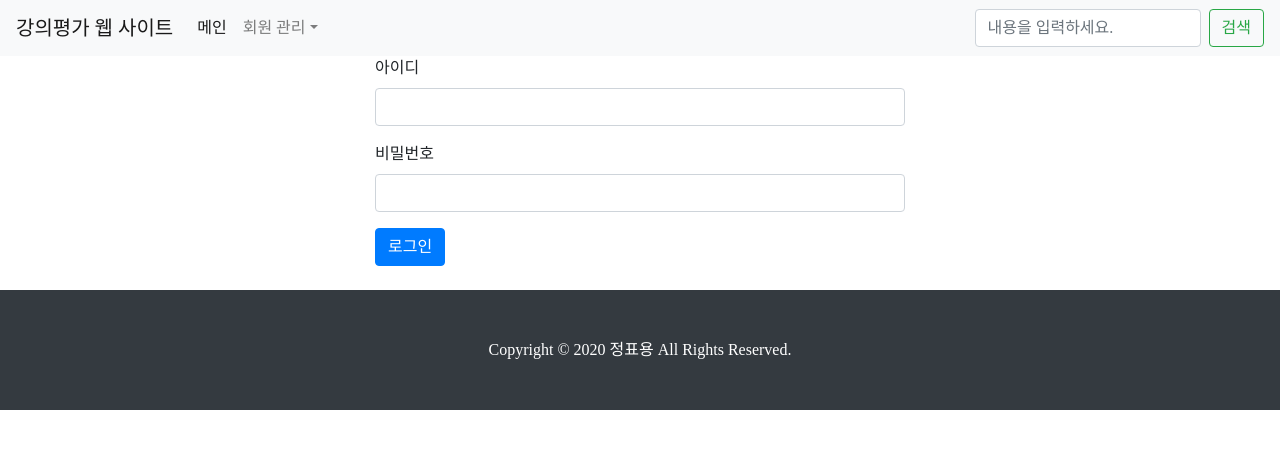
Repository: sur2/JSP-Lecture-Evaluation
Page: http://localhost/Lecture_Evaluation/userJoin.jsp
An editor plug-in stored every save of this project. The page is shown before and after the next save, followed by the edit.
The browser window is 1280 px wide. The pictures show the whole page.
Some web fonts or font styles are not loaded; a fallback is used. The page is served by Tomcat 9. Other server files are loaded and not shown.

Above is the page before, as saved 2020-01-08 05:58:38.

### Lecture Evaluation/WebContent/userJoin.jsp
<%@ page language="java" contentType="text/html; charset=UTF-8"
	pageEncoding="UTF-8"%>
<!DOCTYPE html>
<html>
<head>
	<meta charset="UTF-8">
	<!-- 반응형 웹 -->
	<meta name="viewport" content="width=device-width, initial-scale=1.0, shrink-to-fit=no">
	<title>강의평가 웹 사이트</title>
	<!-- 부트스트랩 CSS 추가하기 -->
	<link rel="stylesheet" href="./css/bootstrap.min.css"></link>
	<!-- 커스텀 CSS 추가하기 -->
	<link rel="stylesheet" href="./css/custom.css"></link>
</head>
<body>
	<nav class="navbar navbar-expand-md navbar-light bg-light">
		<a class="navbar-brand" href="index.jsp">강의평가 웹 사이트</a>
		<button class="navbar-toggler" type="button" data-toggle="collapse" data-target="#navbar">
			<span class="navbar-toggler-icon"></span>
		</button>
		<div id="navbar" class="collapse navbar-collapse">
			<ul class="navbar-nav mr-auto">
				<li class="navbar-item active">
					<a class="nav-link" href="index.jsp">메인</a>
				</li>
				<li class="nav-item dropdown">
					<a class="nav-link dropdown-toggle" id="dropdown" data-toggle="dropdown">회원 관리</a>
					<div class="dropdown-menu" aria-labelledby="dropdown">
						<a class="dropdown-item" href="#">로그인</a>
						<a class="dropdown-item" href="#">회원가입</a>
						<a class="dropdown-item" href="#">로그아웃</a>
					</div>
				</li>
			</ul>
			<form class="form-inline my-2 my-lg-0">
				<input class="form-control mr-sm-2" type="search" placeholder="내용을 입력하세요." aria-label="Search">
				<button class="btn btn-outline-success my-2 my-sm-0" type="submit">검색</button>
			</form>
		</div>
	</nav>

	<section class="container" style="max-width: 560px;">
		<form method="post" action="./userLoginAction.jsp">
			<div class="form-group">
				<label>아이디</label>
				<input type="text" name="userID" class="form-control">
			</div>
			<div class="form-group">
				<label>비밀번호</label>
				<input type="password" name="userPassword" class="form-control">
			</div>
			<button type="submit" class="btn btn-primary">로그인</button>
		</form>
	</section>

	<footer class="bg-dark mt-4 p-5 text-center" style="color: #FFFFFF;">
		Copyright &copy; 2020 정표용 All Rights Reserved.
	</footer>

	<!-- JQuery js 추가하기 -->
	<script type="text/javascript" src="./js/jquery-3.4.1.min.js"></script>
	<!-- popper js 추가하기 -->
	<script type="text/javascript" src="./js/popper.min.js"></script>
	<!-- 부트스트랩 js 추가하기 -->
	<script type="text/javascript" src="./js/bootstrap.min.js"></script>
</body>
</html>

### Lecture Evaluation/WebContent/css/custom.css
@import url(https://fonts.googleapis.com/earlyaccess/jejugothic.css);
@import url(https://fonts.googleapis.com/css?family=Nanum+Gothic&display=swap);
.navbar-brand, h1, h2, h3, h4 {
	font-family: 'Jeju Gothic';
}
h5 {
	font-family:'Jeju Gothic';
	font-size: 18px;
}
body {
	font-family: 'Nanum Gothic';
}

Loaded but not shown: Lecture Evaluation/WebContent/css/bootstrap.min.css (library); Lecture Evaluation/WebContent/js/jquery-3.4.1.min.js (library); Lecture Evaluation/WebContent/js/popper.min.js (library); Lecture Evaluation/WebContent/js/bootstrap.min.js (library)

After the next save:
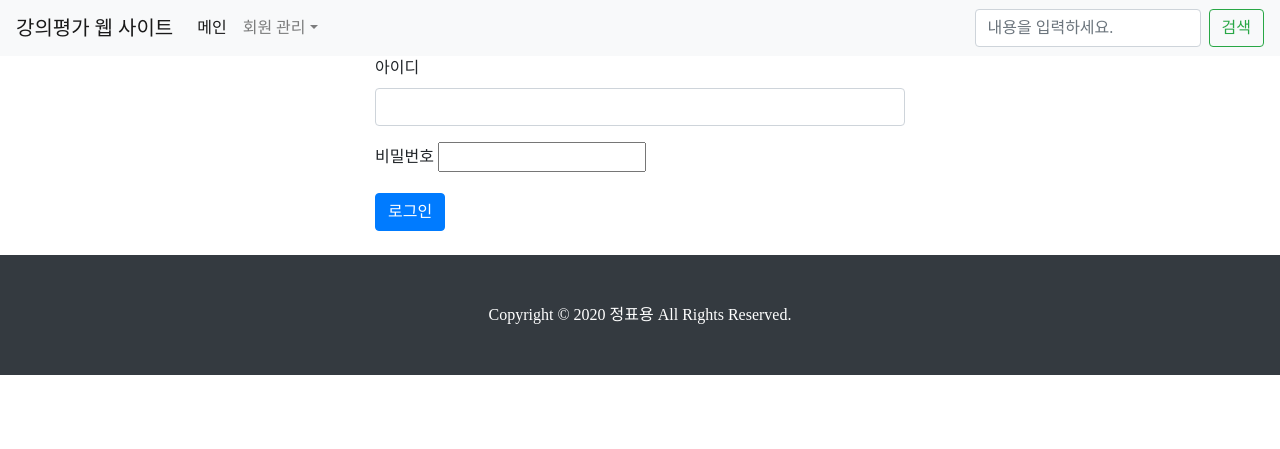
Saved 41 s later.
--- a/Lecture Evaluation/WebContent/userJoin.jsp
+++ b/Lecture Evaluation/WebContent/userJoin.jsp
@@ -47,7 +47,7 @@
 			</div>
 			<div class="form-group">
 				<label>비밀번호</label>
-				<input type="password" name="userPassword" class="form-control">
+				<input type="password" name="userPassword" class="">
 			</div>
 			<button type="submit" class="btn btn-primary">로그인</button>
 		</form>

After the save that followed:
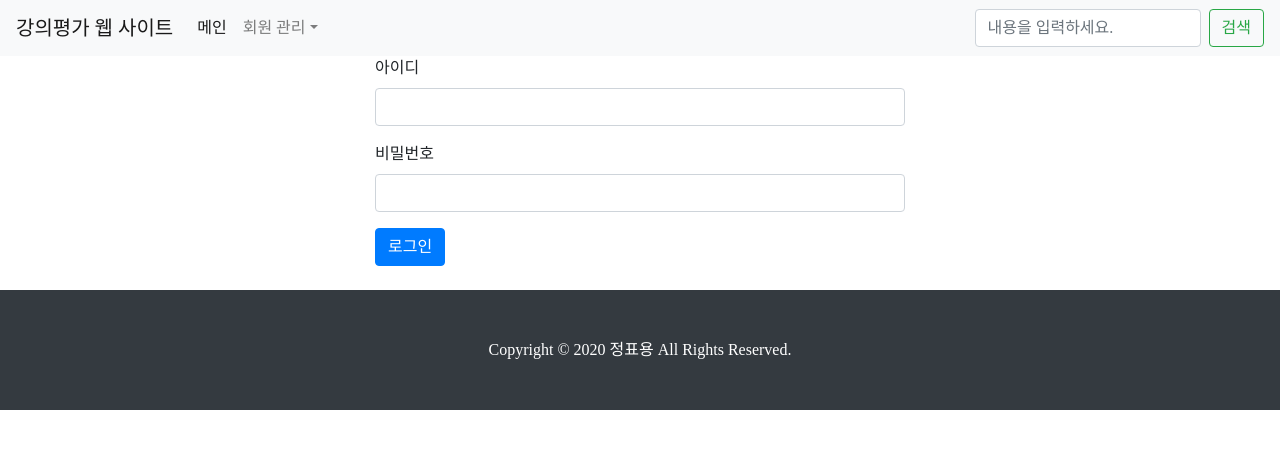
Saved 4 s later.
--- a/Lecture Evaluation/WebContent/userJoin.jsp
+++ b/Lecture Evaluation/WebContent/userJoin.jsp
@@ -47,7 +47,7 @@
 			</div>
 			<div class="form-group">
 				<label>비밀번호</label>
-				<input type="password" name="userPassword" class="">
+				<input type="password" name="userPassword" class="form-control">
 			</div>
 			<button type="submit" class="btn btn-primary">로그인</button>
 		</form>
